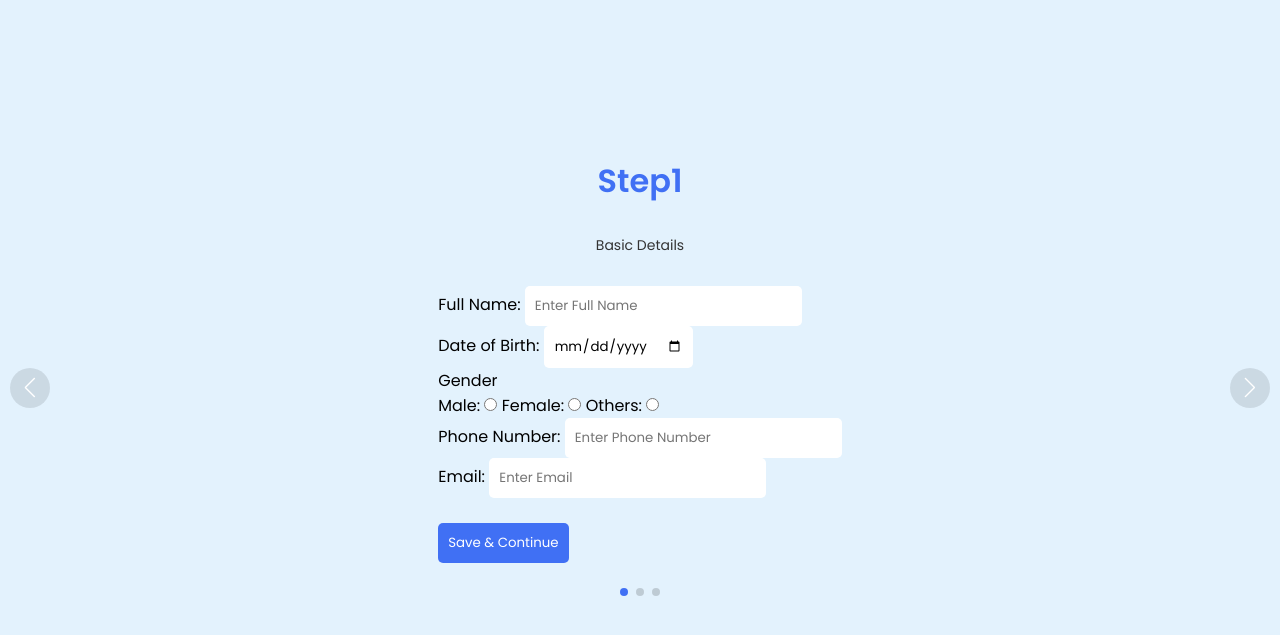
Repository: Habeebur1493/-22-multi-step-form
Page: index.html
The author's editor kept a copy of each file at every save. The page is drawn from the files as they stood at one save, then again after the next save.
The browser window is 1280 px wide. The pictures show the whole page.

Above is the page before, as saved 2024-10-13 13:13:46.

### index.html
<!DOCTYPE html>
<html lang="en">
  <head>
    <meta charset="UTF-8" />
    <meta http-equiv="X-UA-Compatible" content="IE=edge" />
    <meta name="viewport" content="width=device-width, initial-scale=1.0" />
    <title>Responsive Testimonial Slider</title>

    <!-- Swiper CSS -->
    <link rel="stylesheet" href="css/swiper-bundle.min.css" />

    <!-- CSS -->
    <link rel="stylesheet" href="css/style.css" />

    <!-- Boxicons CSS -->
    <link
      href="https://unpkg.com/boxicons@2.1.2/css/boxicons.min.css"
      rel="stylesheet"
    />
  </head>
  <body>
    <section class="container">
      <div class="testimonial mySwiper">
        <div class="testi-content swiper-wrapper">
          <div class="slide swiper-slide">
            <h1>Step1</h1>
            <p>Basic Details</p>
            <form action="">
              Full Name:
              <input type="text" placeholder="Enter Full Name" />
              <br>
              Date of Birth:
              <input type="date" placeholder="Date of Birth" />
              <br>
              Gender
              <br>
              Male:
              <input type="radio" name="Gender:" id="">
              Female:
              <input type="radio" name="Gender:" id="">
              Others:
              <input type="radio" name="Gender:" id="">
              <br>
              Phone Number:
              <input type="number" placeholder="Enter Phone Number" />
              <br>
              Email:
              <input type="email" placeholder="Enter Email" />
              <br>
              <br>
              <button type="save">Save & Continue</button>
            </form>
          </div>
          <div class="slide swiper-slide">
            <h1>Step2</h1>
            <p>Medical Fitness</p>
           <form action="">
              Height:
              <input type="number" placeholder="Enter Height" />
              <br>
              Weight:
              <input type="number" placeholder="Enter Weight" />
              <br>
              Blood Group:
              <select name="Blood Group" id="">
                <option value="A+">A+</option>
                <option value="A-">A-</option>
                <option value="B+">B+</option>
                <option value="B-">B-</option>
                <option value="AB+">AB+</option>
                <option value="AB-">AB-</option>
                <option value="O+">O+</option>
                <option value="O-">O-</option>
              </select>
              <br>
              Eye Power:
              <input type="range" min="0" max="100" step="10" value="50"  id="slider"/>
              <br>
              <br>
              <button type="save">Save & Continue</button>
           </form>
          </div>

          <div class="slide swiper-slide">

            <h1>Step3</h1>
            <p>Personal Details</p>
            <form action="">
              Address:
              <input type="text" placeholder="Enter Address" />
              <br>
              Pincode:
              <input type="number" placeholder="Enter Pincode" />
              <br>
              State:
              <select name="State" id="">
                <option value="Tamil Nadu">Tamil Nadu</option>
                <option value="Maharastra">Maharastra</option>
                <option value="Kerala">Kerala</option>
                <option value="Andra Pradesh">Andra Pradesh</option>
                <option value="Madhya Pradesh">Madhya Pradesh</option>
                <option value="Odisa">Odisa</option>
                <option value="Telengana">Telengana</option>
                <option value="Gujarat">Gujarat</option>
                <option value="Uttar Pradesh">Uttar Pradesh</option>
                <option value="Haryana">Haryana</option>
                <option value="Punjab">Punjab</option>
                <option value="Rajasthan">Rajasthan</option>
              </select>
              <br>
              City:
              <select name="City" id="">
                <option value="Chennai">Chennai</option>
                <option value="Madurai">Madurai</option>
                <option value="Trichy">Trichy</option>
                <option value="Coimbatore">Coimbatore</option>
                <option value="Salem">Salem</option>
                <option value="Nagercoil">Nagercoil</option>
                <option value="Vellore">Vellore</option>
                <option value="Kanchipuram">Kanchipuram</option>
                <option value="Tirunelveli">Tirunelveli</option>
              </select>
              <br>
              Feedback:
              <input type="text" placeholder="Enter Feedback" />
              <br>
              <br>
              <button type="save">Save & Continue</button>
            </form>
          </div>
        </div>
        <div class="swiper-button-next nav-btn"></div>
        <div class="swiper-button-prev nav-btn"></div>
        <div class="swiper-pagination"></div>
      </div>
    </section>

    <!-- Swiper JS -->
    <script src="js/swiper-bundle.min.js"></script>

    <!-- JavaScript -->
    <script src="js/script.js"></script>
  </body>
</html>

### css/style.css
/* Google Fonts - Poppins */
@import url("https://fonts.googleapis.com/css2?family=Poppins:wght@300;400;500;600&display=swap");

* {
  margin: 0;
  padding: 0;
  box-sizing: border-box;
  font-family: "Poppins", sans-serif;
}
.container {
  height: 100vh;
  width: 100%;
  display: flex;
  align-items: center;
  justify-content: center;
  background-color: #e3f2fd;
}
.testimonial{
  position: relative;
  max-width: 1400px;
  width: 100%;
  padding: 50px 0;
  overflow: hidden;
}

.testimonial .slide {
  display: flex;
  align-items: center;
  justify-content: center;
  flex-direction: column;
  row-gap: 30px;
  height: 100%;
  width: 100%;
}
.slide p {
  text-align: center;
  padding: 0 160px;
  font-size: 14px;
  font-weight: 400;
  color: #333;
}
.slide h1 {
  font-size: 32px;
  font-weight: 600;
  color: #4070f4;
}

.slide input {
  padding: 10px;
  border-radius: 5px;
  border: none;
  outline: none;
}

.slide button {
  padding: 10px;
  border-radius: 5px;
  border: none;
  outline: none;
  background-color: #4070f4;
  color: #fff;
  cursor: pointer;
  transition: 0.3s;
}
.slide button:hover {
  background-color: #0e4bf1;
}



.slide .quote-icon {
  font-size: 30px;
  color: #4070f4;
}
.slide .details {
  display: flex;
  flex-direction: column;
  align-items: center;
}
.details .name {
  font-size: 14px;
  font-weight: 600;
  color: #333;
}
.details .job {
  font-size: 12px;
  font-weight: 400;
  color: #333;
}
/* swiper button css */
.nav-btn {
  height: 40px;
  width: 40px;
  border-radius: 50%;
  transform: translateY(30px);
  background-color: rgba(0, 0, 0, 0.1);
  transition: 0.2s;
}
.nav-btn:hover {
  background-color: rgba(0, 0, 0, 0.2);
}
.nav-btn::after,
.nav-btn::before {
  font-size: 20px;
  color: #fff;
}
.swiper-pagination-bullet {
  background-color: rgba(0, 0, 0, 0.8);
}
.swiper-pagination-bullet-active {
  background-color: #4070f4;
}
@media screen and (max-width: 768px) {
  .slide p {
    padding: 0 20px;
  }
  .nav-btn {
    display: none;
  }
}

### js/script.js
var swiper = new Swiper(".mySwiper", {
  slidesPerView: 1,
  grabCursor: true,
  loop: true,
  pagination: {
    el: ".swiper-pagination",
    clickable: true,
  },
  navigation: {
    nextEl: ".swiper-button-next",
    prevEl: ".swiper-button-prev",
  },
});

Loaded but not shown: css/swiper-bundle.min.css (library); js/swiper-bundle.min.js (library)

After the next save:
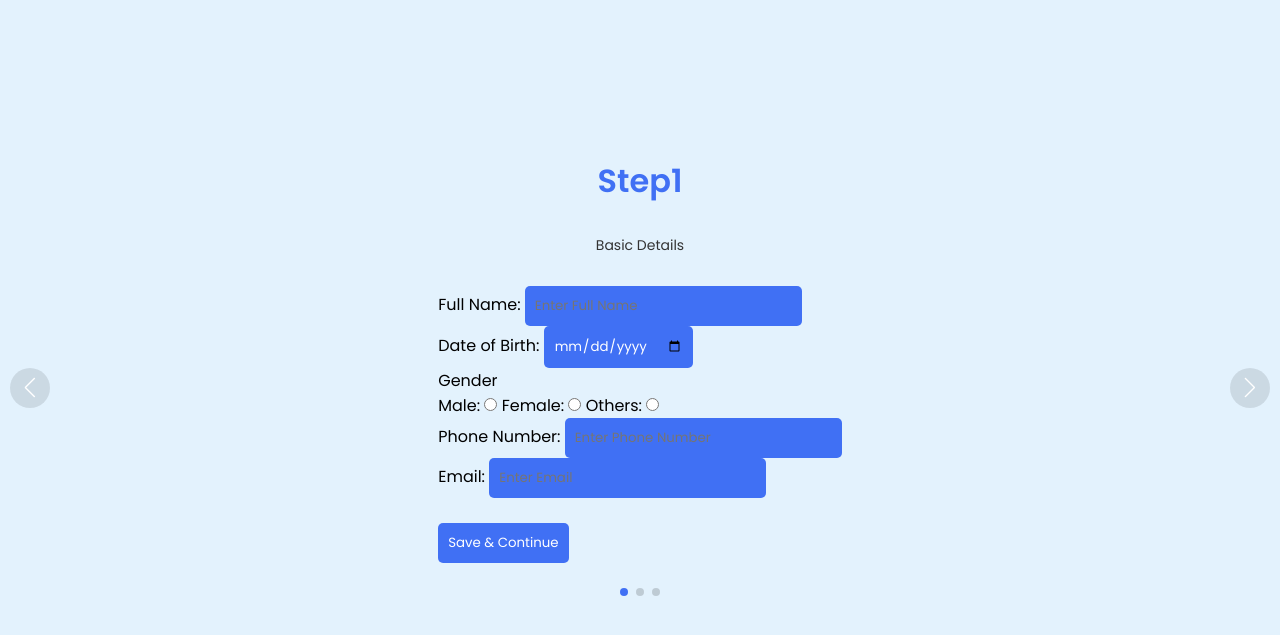
Saved 28 s later.
--- a/css/style.css
+++ b/css/style.css
@@ -50,6 +50,13 @@
   border-radius: 5px;
   border: none;
   outline: none;
+  background-color: #4070f4;
+  color: #fff;
+  cursor: pointer;
+  transition: 0.3s;
+}
+.slide input:hover {
+  background-color: #0e4bf1;
 }
 
 .slide button {
